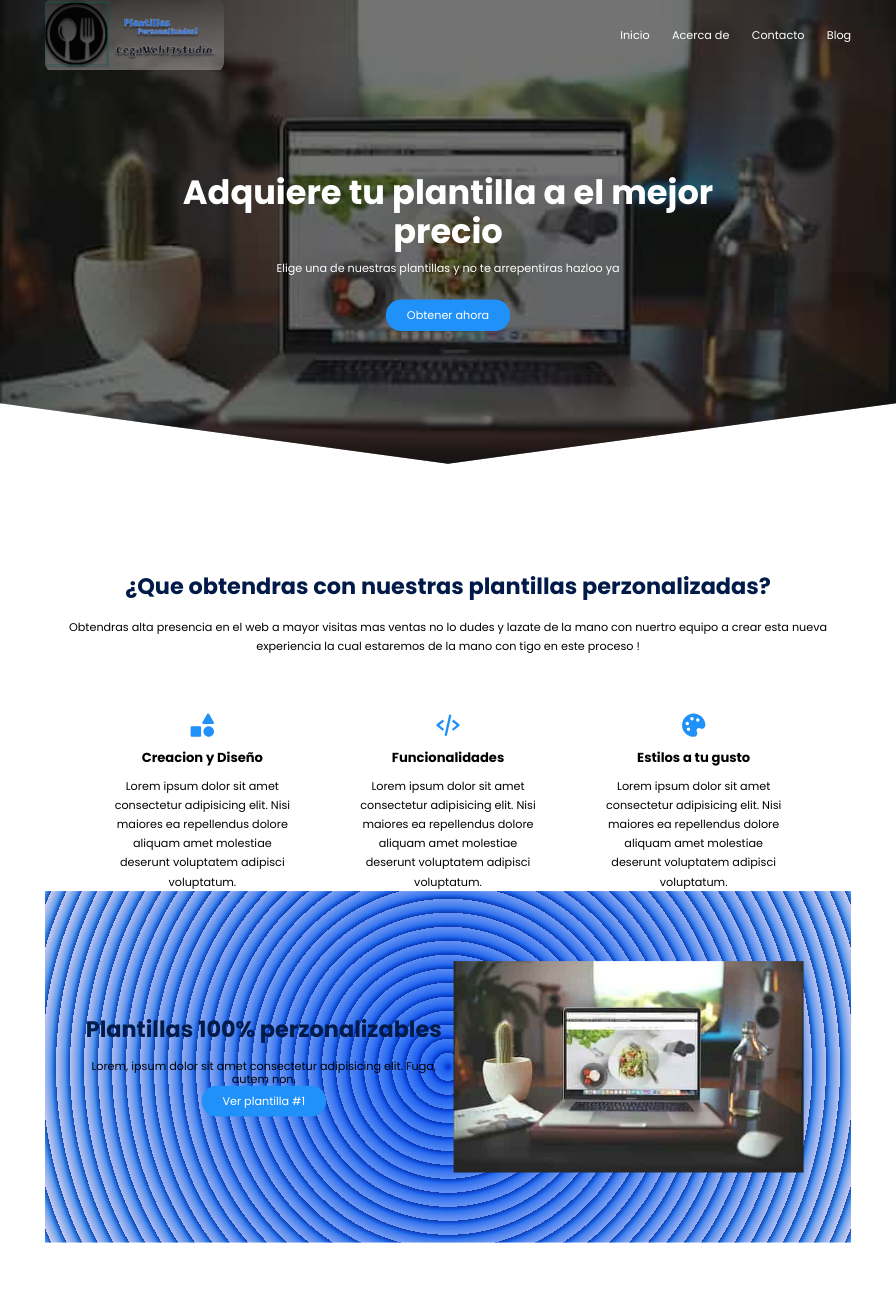
Repository: cega17/una-pagina-web
Page: index.html
An editor plug-in stored every save of this project. The page is shown before and after the next save, followed by the edit.
The browser window is 1280 px wide. The pictures show the whole page, at 70% of full size.

Above is the page before, as saved 2023-10-30 00:25:48.

### index.html
<!DOCTYPE html>
<html lang="en">
<head>
    <meta charset="UTF-8">
    <meta http-equiv="X-UA-Compatible" content="IE=edge">
    <meta name="viewport" content="width=device-width, initial-scale=1.0">
    <title>Una pagina web</title>
    <link rel="stylesheet" href="./css/normalize.css">
    <link rel="stylesheet" href="./css/styles.css">
    <link rel="icon" href="./imgs/logo.ico">
    <meta name="theme-color" content="#2091F9">

    <meta name="title" content="Obten la plantilla para tu negocio">
    <meta name="description"
        content="Hola, somos un equipo de desarrollo web que verás cuando busques algo de mi temática en Google.">
        <meta property="og:type" content="website">
    <meta property="og:url" content="Tu cueta donde este alojada la pagina web">

</head>
<body>

    <header class="hero">
        <nav class="nav container">
            <div class="nav__logo">
                <img src="./imgs/logo.ico" alt="" class="nav__title">
            </div>

            <ul class="nav__link nav__link--menu">
                <li class="nav__items">Inicio</li>
                <li class="nav__items">Acerca de</li>
                <li class="nav__items">Contacto</li>
                <li class="nav__items">Blog</li>

                <img src="./imgs/close.svg" alt="" class="nav__close">

            </ul>
            <div class="nav__menu">
                <img src="./imgs/menu.svg" alt="" class="nav__img">
            </div>
        </nav>

        <section class="hero__container container">
            <h1 class="hero__title">Adquiere tu plantilla a el mejor precio</h1>
            <p class="hero__paragraph">Elige una de nuestras plantillas y no te arrepentiras hazloo ya</p>
            <a href="#" class="cta">Obtener ahora</a>

        </section>

    </header>

    <main>

        <section class="container about">
            <h2 class="subtitle">¿Que obtendras con nuestras plantillas perzonalizadas?</h2>

            <p class="about__paragraph">Obtendras alta presencia en el web a mayor visitas mas ventas no lo dudes y lazate de la mano con nuertro equipo a crear esta nueva experiencia la cual estaremos de la mano con tigo en este proceso !
            </p>

            <div class="about__main">

                <article class="about__icons">
                    <img src="./imgs/shapes.svg" alt="" class="about__icon">
                    <h3 class="about__title">Creacion y Diseño</h3>
                    <p class="about__paragraph">Lorem ipsum dolor sit amet consectetur adipisicing elit. Nisi maiores ea repellendus dolore aliquam amet molestiae deserunt voluptatem adipisci voluptatum.</p>
                </article>

                <article class="about__icons">
                    <img src="./imgs/code.svg" alt="" class="about__icon">
                    <h3 class="about__title">Funcionalidades</h3>
                    <p class="about__paragraph">Lorem ipsum dolor sit amet consectetur adipisicing elit. Nisi maiores ea repellendus dolore aliquam amet molestiae deserunt voluptatem adipisci voluptatum.</p>
                </article>

                <article class="about__icons">
                    <img src="./imgs/paint.svg" alt="" class="about__icon">
                    <h3 class="about__title">Estilos a tu gusto </h3>
                    <p class="about__paragraph">Lorem ipsum dolor sit amet consectetur adipisicing elit. Nisi maiores ea repellendus dolore aliquam amet molestiae deserunt voluptatem adipisci voluptatum.</p>
                </article>

            </div>

            <section class="knowledge">
                <div class="knowledge__container container">
                    <div class="knowledge__texts">
                        <h2 class="subtitle">Plantillas 100% perzonalizables</h2>
                        <p class="knowledge__paragraph">Lorem, ipsum dolor sit amet consectetur adipisicing elit. Fuga, autem non.</p>
                        <a href="" class="cta">Ver plantilla #1</a>
                    </div>

                <figure class="knowledge__picture">
                    <img src="./imgs/fondo-una-pagina.jpg" class="knowledge__img" alt="">

                </figure>
            </section>
        </div>

    </main>

</body>
</html>

### css/styles.css
@import url('https://fonts.googleapis.com/css2?family=Poppins:wght@300;400;600;700&display=swap');

:root {
    --padding-container: 100px 0;
    --color-title: #001A49;
}

body {
    font-family: 'Poppins', sans-serif;
}
.container{
    width: 90%;
    max-width: 1200px;
    margin: 0 auto;
    overflow: hidden;
    padding: var(--padding-container);
}

.hero{

    width: 100%;
    height: 100vh;
    min-height: 600px;
    max-height: 800px;
    position: relative;
    display: grid;
    grid-template-rows: 100px 1fr;
    color: #fff;
}

.hero::before{
    content: "";
    position: absolute;
    top: 0;
    left: 0;
    width: 100%;
    height: 100%;
    background-image: linear-gradient(180deg, #0000008c 0%, #0000008c 100%), url('../imgs/fondo-una-pagina.jpg');
    background-size: cover;
    clip-path: polygon(0 0, 100% 0, 100% 80%, 50% 92%, 0 80%);
    z-index: -1;
}

/* Inicio de nav*/

.nav{
    --padding-container:0;
    height: 100%;
    display:flex;
    align-items: center;
}
.nav__title{
    font-weight: 300;
}

.nav__link{
    margin-left: auto;
    padding: 0;
    display: grid;
    grid-auto-flow: column;
    grid-auto-columns: max-content;
    gap: 2em;
}
.nav__items{
    list-style: none;
}
.nav__links{
    color:#fff;
    text-decoration: none;
}
.nav__menu{
    margin-left: auto;
    cursor: pointer;
    display:none;
}
.nav__img{
    display: block;
    width: 30px;
}
.nav__close{
    display: var(--show, none);
}

/* fin de nav */

/* Inicio hero container */

.hero__container{
    max-width: 800px;
    --padding-container:0;
    display: grid;
    grid-auto-rows: max-content;
    align-content: center;
    gap: 1em;
    padding-bottom: 100px;
    text-align: center;
}
.nav__logo{
    background:linear-gradient(180deg, #4441418c 0%, #aeaaaa84 100%);
    border-radius:15px;


}
.hero__title{
    font-size: 3rem;

}
.hero__paragraph{
    margin-bottom: 20px;

}
.cta{
    display: inline-block;
    background-color: #2091f9;
    justify-self: center;
    color:#fff;
    text-decoration: none;
    padding:13px 30px ;
    border-radius: 32px;
}

/* Inicio about */

.about{
    text-align: center;
}
.subtitle{
    color: var( --color-title);
    font-size: 2rem;
    margin-bottom: 25px;
}
.about__paragraph{
    line-height: 1.7;
}
.about__main{
    padding-top: 80px;
    display: grid;
    width: 90%;
    margin: 0 auto;
    gap: 1em;
    overflow: hidden;
    grid-template-columns: repeat(auto-fit, minmax(260px, auto));
}
.about__icons{
    display: grid;
    gap: 1em;
    justify-items: center;
    width: 260px;
    overflow: hidden;
    margin: 0 auto;
}
.about__icon{
    width: 40px;
}

/* Fin about */

/* Inicio knowledge */

.knowledge{
    background-color: #e5e5f7;
    background-image: radial-gradient(circle at center center, #3d86fc, #e5e5f7), repeating-radial-gradient(circle at center center, #1e5fba, #44a9f7, 10px, transparent 20px, transparent 10px);
    background-blend-mode: multiply;
    overflow: hidden;
}

.knowledge__container{
    display: grid;
    grid-template-columns: 1fr 1fr;
    gap: 1em;
    align-items:center;


}
.knowledge__picture{
    max-width: 500px;
}
.knowledge__img{
    width: 100%;
    display: block;
}

### imgs/close.svg
<svg xmlns="http://www.w3.org/2000/svg" width="24" height="24" viewBox="0 0 24 24" style="fill: #fff);transform: ;msFilter:;"><path d="M12 2C6.486 2 2 6.486 2 12s4.486 10 10 10 10-4.486 10-10S17.514 2 12 2zm4.207 12.793-1.414 1.414L12 13.414l-2.793 2.793-1.414-1.414L10.586 12 7.793 9.207l1.414-1.414L12 10.586l2.793-2.793 1.414 1.414L13.414 12l2.793 2.793z"></path></svg>

### imgs/menu.svg
<svg xmlns="http://www.w3.org/2000/svg" width="24" height="24" viewBox="0 0 24 24" style="fill: #fff);transform: ;msFilter:;"><path d="M4 6h16v2H4zm4 5h12v2H8zm5 5h7v2h-7z"></path></svg>

### imgs/shapes.svg
<svg xmlns="http://www.w3.org/2000/svg" width="24" height="24" viewBox="0 0 24 24" style="fill: #2091f9;transform: ;msFilter:;"><path d="M17.867 2.504c-.355-.624-1.381-.623-1.736 0l-3.999 7A1 1 0 0 0 13 11h8a1.001 1.001 0 0 0 .868-1.496l-4.001-7zM3 22h7a1 1 0 0 0 1-1v-7a1 1 0 0 0-1-1H3a1 1 0 0 0-1 1v7a1 1 0 0 0 1 1zm14.5-9c-2.481 0-4.5 2.019-4.5 4.5s2.019 4.5 4.5 4.5 4.5-2.019 4.5-4.5-2.019-4.5-4.5-4.5z"></path></svg>

### imgs/code.svg
<svg xmlns="http://www.w3.org/2000/svg" width="24" height="24" viewBox="0 0 24 24" style="fill:  #2091f9;transform: ;msFilter:;"><path d="m7.375 16.781 1.25-1.562L4.601 12l4.024-3.219-1.25-1.562-5 4a1 1 0 0 0 0 1.562l5 4zm9.25-9.562-1.25 1.562L19.399 12l-4.024 3.219 1.25 1.562 5-4a1 1 0 0 0 0-1.562l-5-4zm-1.649-4.003-4 18-1.953-.434 4-18z"></path></svg>

### imgs/paint.svg
<svg xmlns="http://www.w3.org/2000/svg" width="24" height="24" viewBox="0 0 24 24" style="fill:  #2091f9;transform: ;msFilter:;"><path d="M9.38 21.646A9.985 9.985 0 0 0 12 22l.141-.001a2.998 2.998 0 0 0 2.515-1.425c.542-.876.6-1.953.153-2.88l-.198-.415c-.453-.942-.097-1.796.388-2.281.485-.485 1.341-.841 2.28-.388h.001l.413.199a2.99 2.99 0 0 0 2.881-.153A2.997 2.997 0 0 0 22 12.141a9.926 9.926 0 0 0-.353-2.76c-1.038-3.827-4.353-6.754-8.246-7.285-3.149-.427-6.241.602-8.471 2.833S1.666 10.247 2.096 13.4c.53 3.894 3.458 7.208 7.284 8.246zM15.5 6a1.5 1.5 0 1 1 0 3 1.5 1.5 0 0 1 0-3zm-5-1a1.5 1.5 0 1 1 0 3 1.5 1.5 0 0 1 0-3zM9 15.506a1.5 1.5 0 1 1-3 0 1.5 1.5 0 0 1 3 0zm-2.5-6.5a1.5 1.5 0 1 1-.001 3.001A1.5 1.5 0 0 1 6.5 9.006z"></path></svg>

Loaded but not shown: css/normalize.css (library)

After the next save:
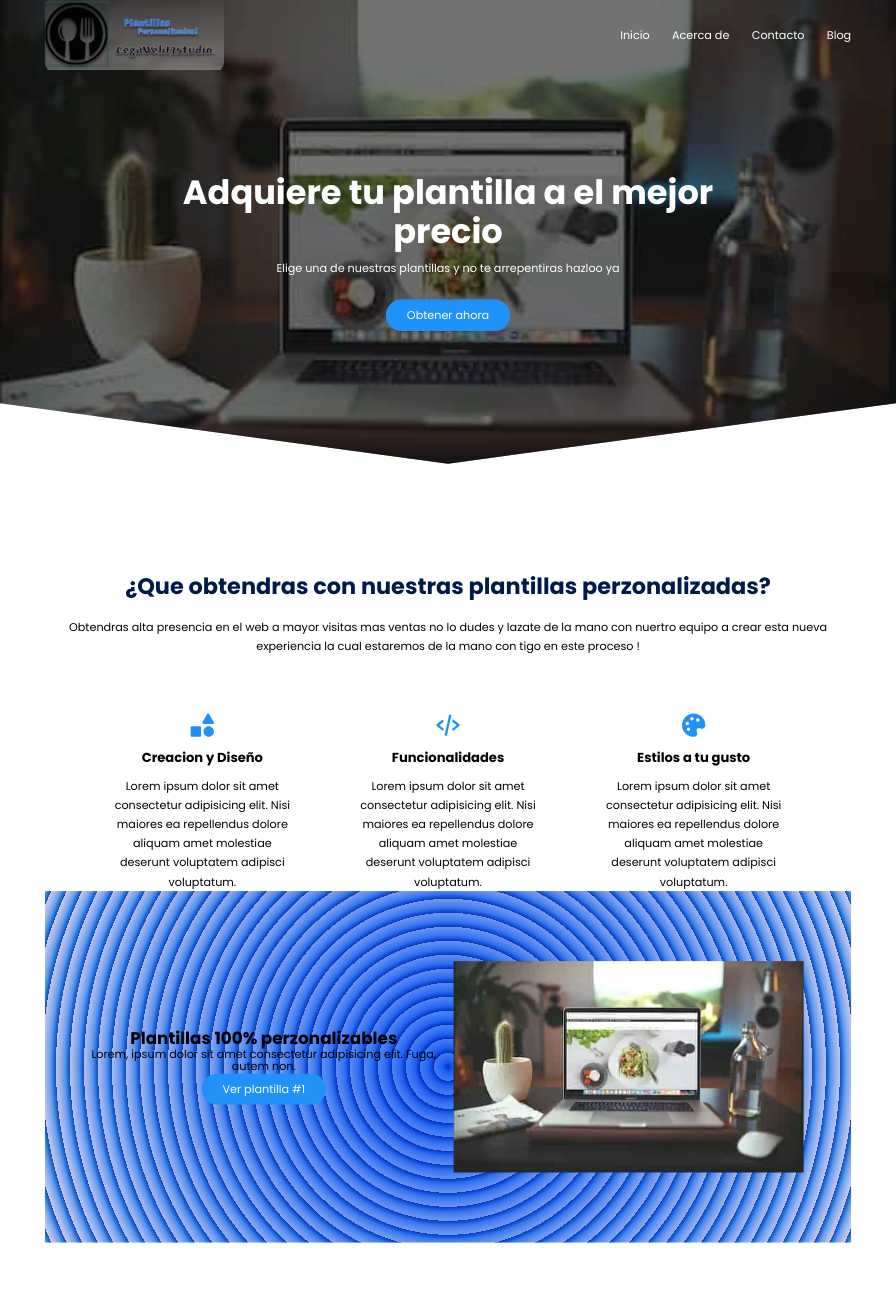
Saved 9 h 9 min later.
--- a/index.html
+++ b/index.html
@@ -81,7 +81,7 @@
             <section class="knowledge">
                 <div class="knowledge__container container">
                     <div class="knowledge__texts">
-                        <h2 class="subtitle">Plantillas 100% perzonalizables</h2>
+                        <h2 class="subtitle__knowledge">Plantillas 100% perzonalizables</h2>
                         <p class="knowledge__paragraph">Lorem, ipsum dolor sit amet consectetur adipisicing elit. Fuga, autem non.</p>
                         <a href="" class="cta">Ver plantilla #1</a>
                     </div>
